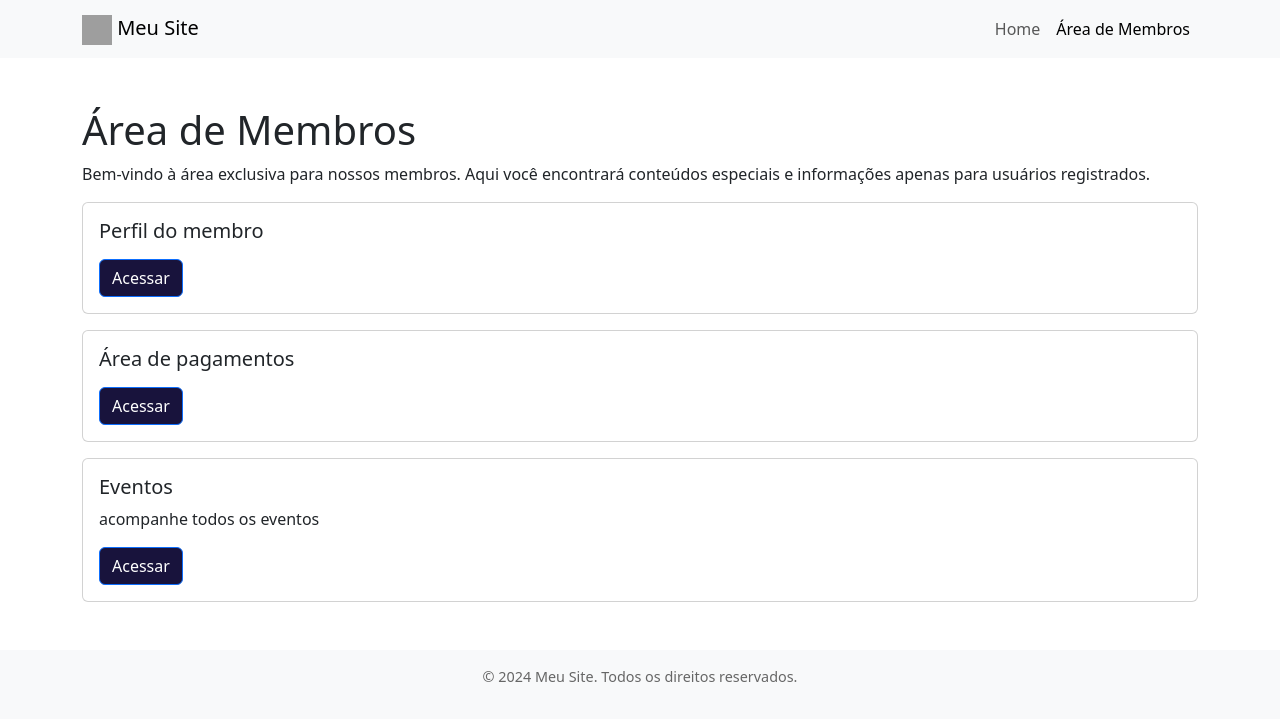
Repository: br-on/projeto-escolinhav3
Page: http://localhost/membros
The author's editor kept a copy of each file at every save. The page is drawn from the files as they stood at one save, then again after the next save.
The browser window is 1280 px wide. The pictures show the whole page.
Pictures or frames that could not be fetched are drawn as grey boxes. The page is served by the project's application, run on Flask 3 (main.py).

Above is the page before, as saved 2024-11-15 10:20:46.

After the next save:
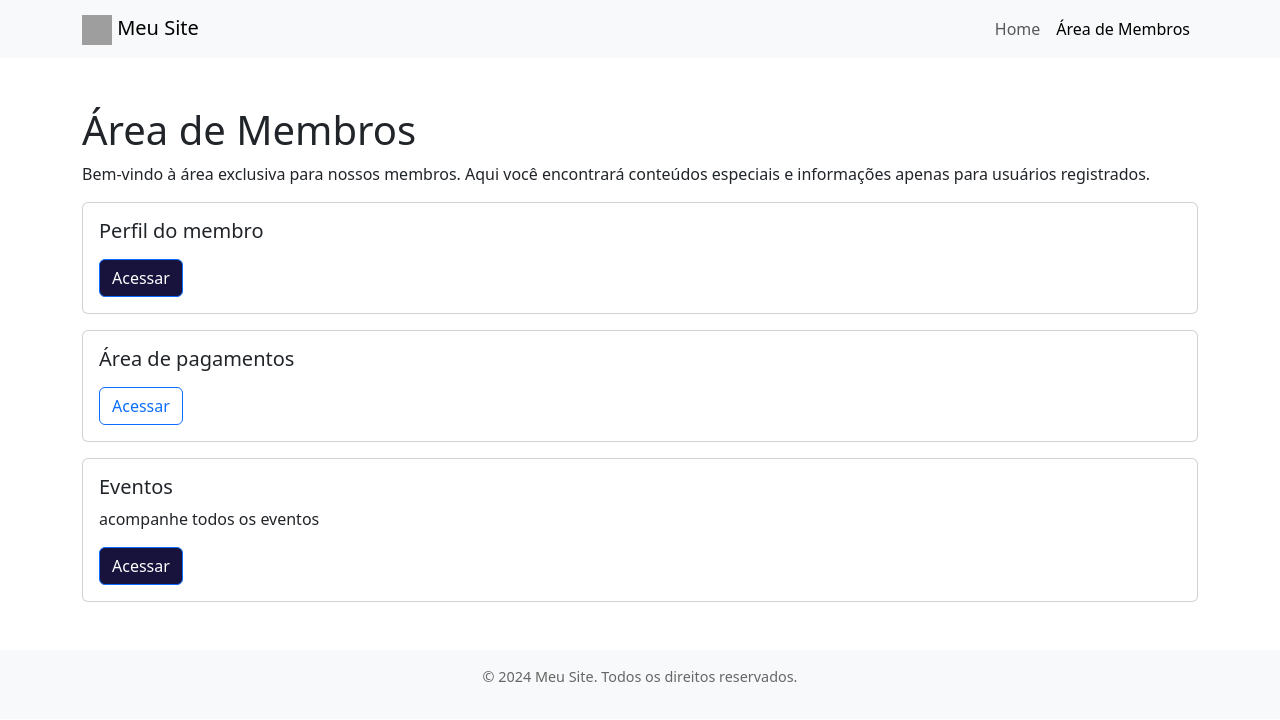
Saved 83 s later.
--- a/templates/membros.html
+++ b/templates/membros.html
@@ -46,7 +46,7 @@
             <div class="card-body">
                 <h5 class="card-title">Área de pagamentos</h5>
                 <p class="card-text"></p>
-                <a href="#" class="btn btn-primary bg-primary">Acessar</a>
+                <a href="#" class="btn btn-outline-primary">Acessar</a>
             </div>
         </div>
         <div class="card my-3">
